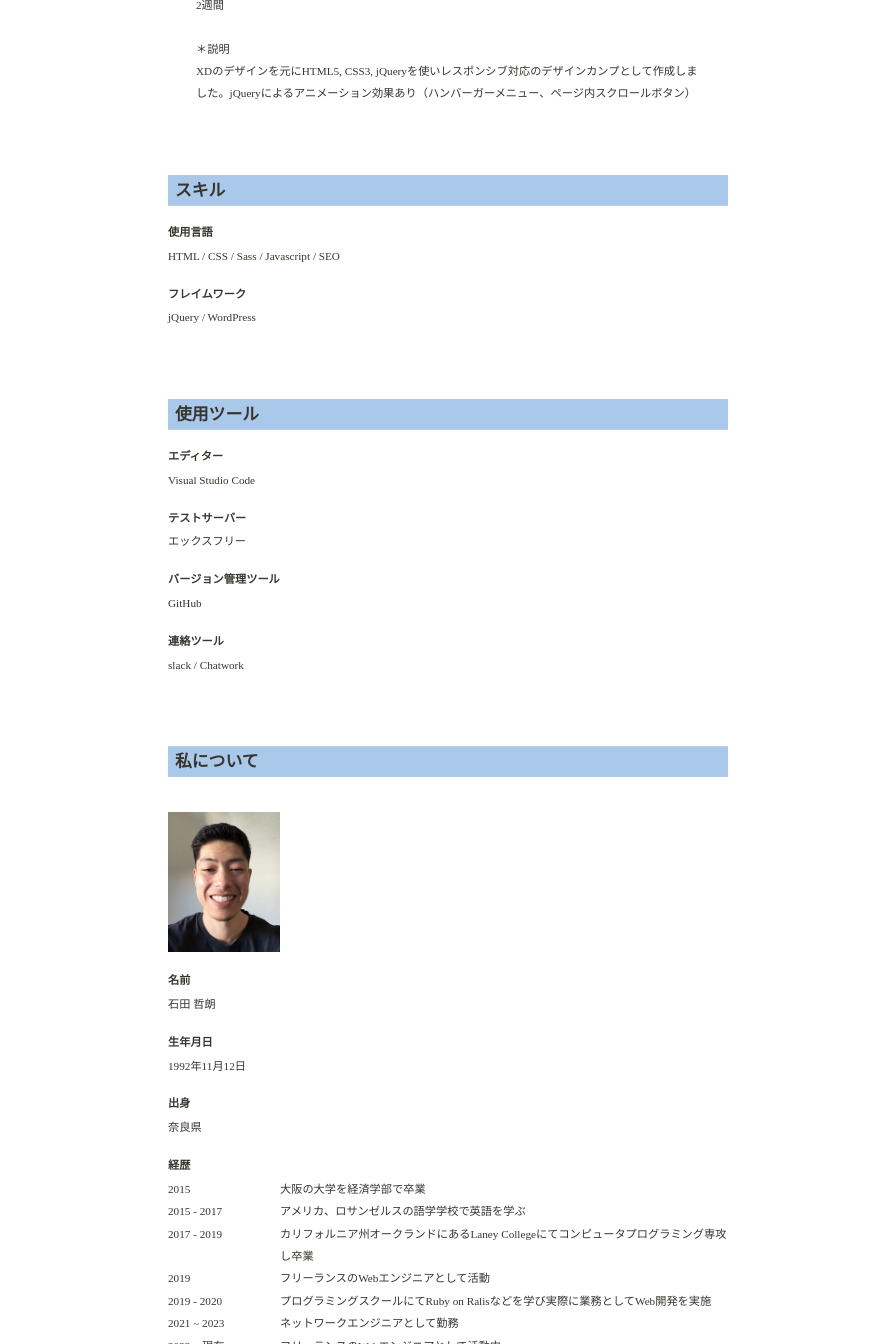
Repository: tetishi/my-portfolio
Page: index.html
These files come from the project's save history. The page is drawn as it stood at one moment and after the next save; the edit follows.
The browser window is 1280 px wide. The pictures show the part of the page from y = 3620 to 5540 px (the page is 5709 px tall before and 6517 px after), at 70% of full size.
The style sheet was rebuilt from its Sass, Less or Tailwind sources for each picture, by a compiler version that may differ from the author's.

Above is the page before, as saved 2023-08-23 15:34:27.

### index.html
<!DOCTYPE html>
<html lang="ja">

<head>
    <meta name="robots" content="noindex">
    <meta charset="UTF-8">
    <meta name="viewport" content="width=device-width, initial-scale=1.0">
    <meta http-equiv="X-UA-Compatible" content="ie=edge">
    <meta property="og:title" content="石田哲朗のポートフォリオ" />
    <meta property="og:type" content="website" />
    <meta property="og:url" content="#" />
    <meta property="og:image" content="#" />
    <meta property="og:site_name" content="ポートフォリオ" />
    <meta property="og:description" content="石田哲朗のポートフォリオです。過去の作品、スキル、使用ツール、自己紹介を掲載しております。" />
    <title>石田哲朗のポートフォリオ</title>
    <link rel="stylesheet" href="reset.css">
    <link rel="stylesheet" href="style.css">
    <link rel="icon" href="img/favicon.ico">
</head>

<body>
    <header>

    </header>

    <main>

        <section>
            <!-- ここ記入 -->
            <h1>ポートフォリオ<br class="d-none">（石田 哲朗）</h1>
            <p>お忙しい中 ご覧頂きありがとうございます。</p>
            <p>以下、過去の作品でございます。</p>
            <!-- ここ記入 -->
            <!-- <p>ベーシック認証がかかっているものは<br>ID aaa<br>パスワード aaa<br> です。</p> -->
        </section>
        <section>

            <h2>過去の作品</h2>
            <h3 class="sub-tit">LP作成</h3>

            <!-- １作品目 -->
            <div class="work">
                <!-- サイトのイメージ写真を入れます -->
                <picture>
                    <source srcset="img/engbody.webp" type="image/webp">
                    <img src="img/engbody.png">
                </picture>
                <!-- ここ記入 -->
                <p class="work_tit">ENGBODY</p>
                <!-- ここ記入 -->
                <p class="work_link"><a target="_blank" rel="noopener noreferrer" href="https://tetishi.github.io/engbody/">ENGBODYへのリンク</a></p>
                <p class="details">＊担当業務</p>
                <p>コーディング</p>
                <p class="details">＊制作期間</p>
                <!-- ここ記入 -->
                <p>2週間</p>
                <p class="details">＊説明</p>
                <!-- ここ記入 -->
                <p>XDのデザインを元にHTML5, CSS3, jQueryを使いレスポンシブ対応のデザインカンプとして作成しました。jQueryによるアニメーション効果あり（ヘッダー表示、背景色のアニメーション、スクロールエフェクト、タブ、スライダー、アコーディオン、ページ内横スクロール等）モバイルファーストによるコーディングを実施しました。</p>
            </div>

            <!-- 　２作品目 -->
            <div class="work">
                <!-- サイトのイメージ写真を入れます -->
                <picture>
                    <source srcset="img/start.webp" type="image/webp">
                    <img src="img/start.png">
                </picture>
                <!-- ここ記入 -->
                <p class="work_tit">START</p>
                <!-- ここ記入 -->
                <p class="work_link"><a target="_blank" rel="noopener noreferrer" href="https://tetishi.github.io/">STARTへのリンク</a></p>
                <p class="details">＊担当業務</p>
                <p>コーディング</p>
                <p class="details">＊制作期間</p>
                <!-- ここ記入 -->
                <p>1週間</p>
                <p class="details">＊説明</p>
                <!-- ここ記入 -->
                <p>XDのデザインを元にHTML5, CSS3, jQueryを使いレスポンシブ対応のデザインカンプとして作成しました。jQueryによるアニメーション効果あり（ハンバーガーメニュー）</p>
            </div>

            <!-- 　3作品目 -->
            <div class="work">
                <!-- サイトのイメージ写真を入れます -->
                <picture>
                    <source srcset="img/wdc.webp" type="image/webp">
                    <img src="img/wdc.png">
                </picture>
                <!-- ここ記入 -->
                <p class="work_tit">WDC</p>
                <!-- ここ記入 -->
                <p class="work_link"><a target="_blank" rel="noopener noreferrer" href="https://tetishi.github.io/wdc/">WDCへのリンク</a></p>
                <p class="details">＊担当業務</p>
                <p>コーディング</p>
                <p class="details">＊制作期間</p>
                <!-- ここ記入 -->
                <p>2週間</p>
                <p class="details">＊説明</p>
                <!-- ここ記入 -->
                <p>XDのデザインを元にHTML5, CSS3, jQueryを使いレスポンシブ対応のデザインカンプとして作成しました。jQueryによるアニメーション効果あり（ページ内スクロールボタン、トップに戻るボタン）</p>
            </div>

            <!-- 　4作品目 -->
            <div class="work">
                <!-- サイトのイメージ写真を入れます -->
                <picture>
                    <source srcset="img/cresta-design.webp" type="image/webp">
                    <img src="img/cresta-design.png">
                </picture>
                <!-- ここ記入 -->
                <p class="work_tit">Cresta Design</p>
                <!-- ここ記入 -->
                <p class="work_link"><a target="_blank" rel="noopener noreferrer" href="https://tetishi.github.io/cresta-design/">Cresta Designへのリンク</a></p>
                <p class="details">＊担当業務</p>
                <p>コーディング</p>
                <p class="details">＊制作期間</p>
                <!-- ここ記入 -->
                <p>2週間</p>
                <p class="details">＊説明</p>
                <!-- ここ記入 -->
                <p>XDのデザインを元にHTML5, CSS3, jQueryを使いレスポンシブ対応のデザインカンプとして作成しました。jQueryによるアニメーション効果あり（ハンバーガーメニュー、ページ内スクロールボタン）</p>
            </div>

            <!-- 　5作品目 -->



            <!-- <h3 class="sub-tit">コーポレイトサイト作成</h3> -->
            <!-- <div class="work"> -->
                <!-- サイトのイメージ写真を入れます -->
                <!-- <picture>
                    <source srcset="img/#" type="image/webp">
                    <img src="img/#">
                </picture> -->
                <!-- ここ記入 -->
                <!-- <p class="work_tit">ここに作品のタイトルを入れます</p> -->
                <!-- ここ記入 -->
                <!-- <p class="work_link"><a target="_blank" rel="noopener noreferrer" href="#">ここにリンクを入れます</a></p>
                <p class="details">＊担当業務</p>
                <p>コーディング</p>
                <p class="details">＊制作期間</p> -->
                <!-- ここ記入 -->
                <!-- <p>○週間</p>
                <p class="details">＊説明</p> -->
                <!-- ここ記入 -->
                <!-- <p>ここに説明文を入れます</p>
            </div> -->


        </section>
        <section>
            <h2>スキル</h2>
            <h3 class="info-tit">使用言語</h3>
            <p>HTML / CSS / Sass / Javascript / SEO </p>
            <h3 class="info-tit">フレイムワーク</h3>
            <p>jQuery / WordPress</p>
        </section>
        <section>
            <h2>使用ツール</h2>
            <h3 class="info-tit">エディター</h3>
            <p>Visual Studio Code</p>
            <h3 class="info-tit">テストサーバー</h3>
            <p>エックスフリー</p>
            <h3 class="info-tit">バージョン管理ツール</h3>
            <p>GitHub</p>
            <h3 class="info-tit">連絡ツール</h3>
            <p>slack / Chatwork</p>
        </section>
        <section>
            <h2>私について</h2>
            <!-- 自分の写真を入れます -->
            <img class="people" src="img/myself.jpeg">
            <h3 class="info-tit">名前</h3>
            <!-- ここ記入 -->
            <p>石田 哲朗</p>
            <h3 class="info-tit">生年月日</h3>
            <!-- ここ記入 -->
            <p>1992年11月12日</p>
            <h3 class="info-tit">出身</h3>
            <!-- ここ記入 -->
            <p>奈良県</p>
            <h3 class="info-tit">経歴</h3>
            <!-- ここ記入 -->
            <ul class="carrier-list">
                <li class="carrier-item">
                    <p class="carrier-year">2015</p>
                    <p class="carrier-content">大阪の大学を経済学部で卒業</p>
                </li>
                <li class="carrier-item">
                    <p class="carrier-year">2015 - 2017</p>
                    <p class="carrier-content">アメリカ、ロサンゼルスの語学学校で英語を学ぶ</p>
                </li>
                <li class="carrier-item">
                    <p class="carrier-year">2017 - 2019</p>
                    <p class="carrier-content">カリフォルニア州オークランドにあるLaney Collegeにてコンピュータプログラミング専攻し卒業</p>
                </li>
                <li class="carrier-item">
                    <p class="carrier-year">2019</p>
                    <p class="carrier-content">フリーランスのWebエンジニアとして活動</p>
                </li>
                <li class="carrier-item">
                    <p class="carrier-year">2019 - 2020</p>
                    <p class="carrier-content">プログラミングスクールにてRuby on Ralisなどを学び実際に業務としてWeb開発を実施</p>
                </li>
                <li class="carrier-item">
                    <p class="carrier-year">2021 ~ 2023</p>
                    <p class="carrier-content">ネットワークエンジニアとして勤務</p>
                </li>
                <li class="carrier-item">
                    <p class="carrier-year">2022 ~ 現在</p>
                    <p class="carrier-content">フリーランスのWebエンジニアとして活動中</p>
                </li>
            </ul>
        </section>



    </main>

    <footer>

    </footer>

</body>

</html>

### reset.css
/*
html5doctor.com Reset Stylesheet
v1.6.1
Last Updated: 2010-09-17
Author: Richard Clark - http://richclarkdesign.com
Twitter: @rich_clark
*/

html,
body,
div,
span,
object,
iframe,
h1,
h2,
h3,
h4,
h5,
h6,
p,
blockquote,
pre,
abbr,
address,
cite,
code,
del,
dfn,
em,
img,
ins,
kbd,
q,
samp,
small,
strong,
sub,
sup,
var,
b,
i,
dl,
dt,
dd,
ol,
ul,
li,
fieldset,
form,
label,
legend,
table,
caption,
tbody,
tfoot,
thead,
tr,
th,
td,
article,
aside,
canvas,
details,
figcaption,
figure,
footer,
header,
hgroup,
menu,
nav,
section,
summary,
time,
mark,
audio,
video {
    margin: 0;
    padding: 0;
    border: 0;
    outline: 0;
    font-size: 100%;
    vertical-align: baseline;
    background: transparent;
}

body {
    line-height: 1;
}

article,
aside,
details,
figcaption,
figure,
footer,
header,
hgroup,
menu,
nav,
section {
    display: block;
}

nav ul {
    list-style: none;
}

blockquote,
q {
    quotes: none;
}

blockquote:before,
blockquote:after,
q:before,
q:after {
    content: '';
    content: none;
}

a {
    margin: 0;
    padding: 0;
    font-size: 100%;
    vertical-align: baseline;
    background: transparent;
}


/* change colours to suit your needs */

ins {
    background-color: #ff9;
    color: #000;
    text-decoration: none;
}


/* change colours to suit your needs */

mark {
    background-color: #ff9;
    color: #000;
    font-style: italic;
    font-weight: bold;
}

del {
    text-decoration: line-through;
}

abbr[title],
dfn[title] {
    border-bottom: 1px dotted;
    cursor: help;
}

table {
    border-collapse: collapse;
    border-spacing: 0;
}


/* change border colour to suit your needs */

hr {
    display: block;
    height: 1px;
    border: 0;
    border-top: 1px solid #cccccc;
    margin: 1em 0;
    padding: 0;
}

input,
select {
    vertical-align: middle;
}


/*end reset css*/

### style.scss
$main-color: #AAC8E9;
img {
    width: 100%;
}

h1,
h2,
h3,
p {
    color: #37352F;
}

a {
    color: #7A7975;
}

h1 {
    font-size: 2.5rem;
    margin-bottom: 50px;
}

h2 {
    background-color: $main-color;
    font-size: 1.5rem;
    padding: 10px;
    margin-top: 100px;
}

p {
    line-height: 2;
}

.d-flex {
    display: flex;
}

.d-none {
    display: none;
}

.d-block {
    display: block;
}

header {
    height: 50px;
    width: 100%;
    position: fixed;
    top: 0;
    background-color: #ffffff;
    margin-bottom: 50px;
    display: flex;
    align-items: center;
    .logo {
        width: 150px;
    }
}

.header-inner {
    width: 90%;
    margin: 0 auto;
}

main {
    max-width: 800px;
    width: 80%;
    margin: 150px auto;
}

.sub-tit {
    margin-top: 70px;
    margin-bottom: -60px;
}

.info-tit {
    margin: 30px 0 10px 0;
}

.work {
    width: 90%;
    margin: 0 auto;
    margin-top: 100px;
    img {
        max-height: 300px;
        object-fit: contain;
        margin: 0 auto;
        margin-bottom: 30px;
        display: block;
    }
    .d-flex img {
        max-width: 450px;
        width: 70%;
    }
}

.details {
    margin-top: 30px;
}

.people {
    height: 200px;
    width: 20%;
    object-fit: cover;
    margin-top: 50px;
}

.carrier-item {
    display: flex;
    .carrier-year {
        white-space: nowrap;
        width: 20%;
    }
    .carrier-content {
        width: 80%;
    }
}

@media all and (max-width:650px) {
    main {
        width: 90%;
        margin: 100px auto;
    }
    .d-flex {
        display: block;
    }
    .d-none {
        display: block;
    }
    .d-block {
        display: none !important;
    }
    h1 {
        font-size: 2rem;
    }
    .people {
        display: block;
        width: 50%;
        margin: 0 auto;
        margin-top: 30px;
    }
    .carrier-item {
        display: block;
        padding: 10px 0;
        &:first-of-type {
            padding: 0 0 10px;
        }
        .carrier-year {
            width: 100%;
        }
        .carrier-content {
            width: 100%;
        }
    }
}

After the next save:
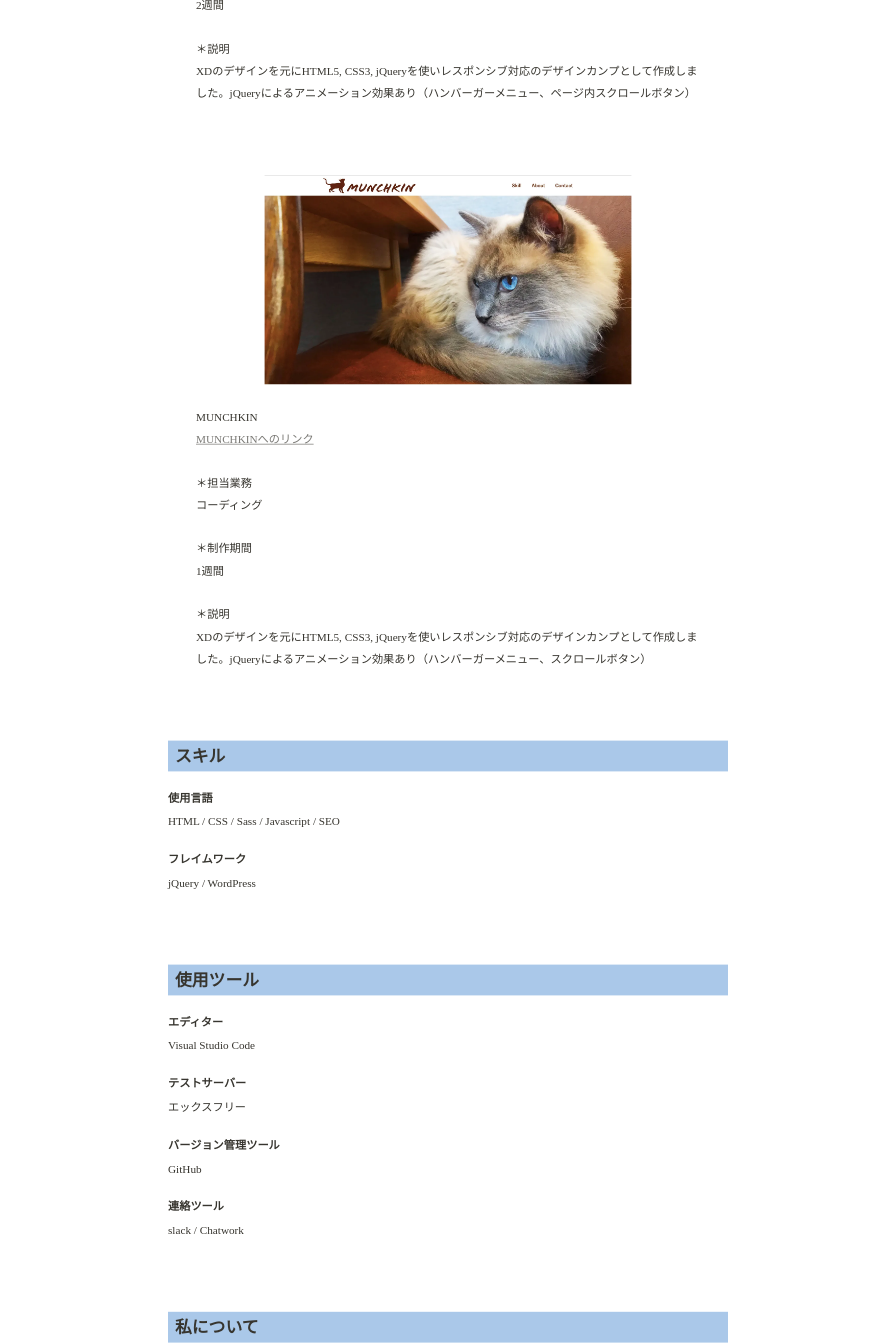
Saved 7 s later.
--- a/index.html
+++ b/index.html
@@ -123,7 +123,25 @@
             </div>
 
             <!-- 　5作品目 -->
-
+            <div class="work">
+                <!-- サイトのイメージ写真を入れます -->
+                <picture>
+                    <source srcset="img/munchkin.webp" type="image/webp">
+                    <img src="img/munchkin.png">
+                </picture>
+                <!-- ここ記入 -->
+                <p class="work_tit">MUNCHKIN</p>
+                <!-- ここ記入 -->
+                <p class="work_link"><a target="_blank" rel="noopener noreferrer" href="https://tetishi.github.io/munchkin2/">MUNCHKINへのリンク</a></p>
+                <p class="details">＊担当業務</p>
+                <p>コーディング</p>
+                <p class="details">＊制作期間</p>
+                <!-- ここ記入 -->
+                <p>1週間</p>
+                <p class="details">＊説明</p>
+                <!-- ここ記入 -->
+                <p>XDのデザインを元にHTML5, CSS3, jQueryを使いレスポンシブ対応のデザインカンプとして作成しました。jQueryによるアニメーション効果あり（ハンバーガーメニュー、スクロールボタン）</p>
+            </div>
 
 
             <!-- <h3 class="sub-tit">コーポレイトサイト作成</h3> -->
